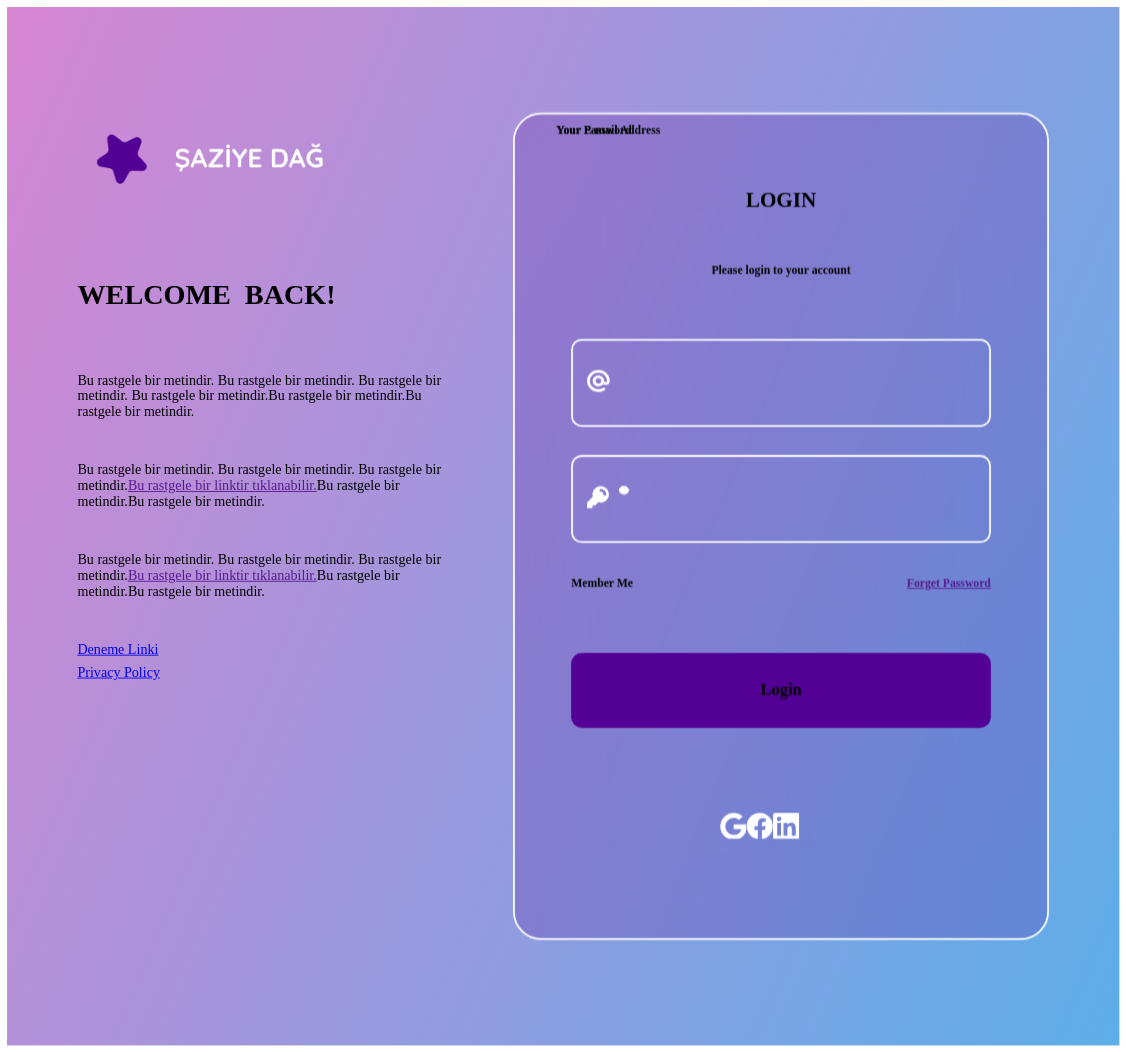
Repository: szydag/login
Page: /
The author's editor kept a copy of each file at every save. The page is drawn from the files as they stood at one save, then again after the next save.
The browser window is 1280 px wide. The pictures show the whole page, at 88% of full size.
The project was rebuilt for these pictures with package versions that can differ from the ones it lists, and the page was loaded fresh each time. Also part of the build but not shown: src/assets/svgr/unhiddenIcon/index.js.

Above is the page before, as saved 2023-10-22 20:06:58.

### src/index.js
import React from 'react';
import ReactDOM from 'react-dom/client';
import App from './app/index';
import {
    BrowserRouter
} from "react-router-dom";

const root = ReactDOM.createRoot(document.getElementById('root'));
root.render(
    <BrowserRouter>
        <App />
    </BrowserRouter>
);

### src/app/index.js
import LoginPage from "./pages/login";
import useStyles from "./style";

const App = () => {
    useStyles();
    return <div>
        <LoginPage />
    </div>

};

export default App;

### src/app/pages/login/index.js
import React, { useEffect } from 'react'
import useStyles from './style';
import logo from './../../../assets/logo.png'
import MailIcon from './../../../assets/svgr/mailIcon/index.js'
import PasswordIcon from './../../../assets/svgr/passwordIcon/index.js'
import HiddenIcon from './../../../assets/svgr/hiddenIcon/index.js'
import UnhiddenIcon from './../../../assets/svgr/unhiddenIcon/index.js'
import GoogleIcon from './../../../assets/svgr/googleIcon/index.js'
import FacebookIcon from './../../../assets/svgr/facebookIcon/index.js'
import LinkedInIcon from './../../../assets/svgr/linkedInIcon/index.js'
const LoginPage = () => {

    const classes = useStyles();
    return <div
        className={classes.loginPage}
    >
        <div
            className={classes.promotionTexts}
        >
            <div
                className={classes.logo}
            >
                <img
                    src={logo}
                    alt=""
                />
            </div>
            <div
                className={classes.mainContent}
            >
                <div
                    className={classes.title}
                >
                    <h1>WELCOME</h1>
                    <h1>BACK!</h1>
                </div>
                <div
                    className={classes.contentText}
                >
                    <p>
                        Bu rastgele bir metindir. Bu rastgele bir metindir. Bu rastgele bir metindir. Bu rastgele bir metindir.Bu rastgele bir metindir.Bu rastgele bir metindir.
                    </p>
                    <p>
                        Bu rastgele bir metindir. Bu rastgele bir metindir. Bu rastgele bir metindir.
                        <a
                            href=""
                        >
                            Bu rastgele bir linktir tıklanabilir.
                        </a>
                        Bu rastgele bir metindir.Bu rastgele bir metindir.
                    </p>
                    <p>
                        Bu rastgele bir metindir. Bu rastgele bir metindir. Bu rastgele bir metindir.
                        <a
                            href=""
                        >
                            Bu rastgele bir linktir tıklanabilir.
                        </a>
                        Bu rastgele bir metindir.Bu rastgele bir metindir.
                    </p>
                </div>
                <div
                    className={classes.links}
                >
                    <a
                        href="

                    ">
                        Deneme Linki
                    </a>
                    <a
                        href="

                    ">
                        Privacy Policy
                    </a>
                </div>

            </div>
        </div>
        <div
            className={classes.loginArea}
        >
            <div
                className={classes.header}
            >
                <h2>LOGIN</h2>
                <h5>Please login to your account</h5>
            </div>
            <div
                className={classes.container}
            >
                <div
                    className={classes.loginMainContent}
                >
                    <div
                        className={classes.inputArea}
                    >
                        <div
                            className={classes.mailInput}
                        >
                            <div
                                className={classes.content}
                            >
                                <MailIcon
                                    color='#ffffff'
                                    size={30}
                                ></MailIcon>

                            </div>
                            <div
                                className={classes.inputTitle}
                            >
                                <h5>Your E-mail  Address</h5>
                            </div>
                        </div>
                        <div
                            className={classes.passwordInput}
                        >
                            <div
                                className={classes.content}
                            >
                                <PasswordIcon
                                    color='#ffffff'
                                    size={30}
                                >
                                </PasswordIcon>
                                <HiddenIcon
                                    color='#ffffff'
                                    size={30}
                                >

                                </HiddenIcon>
                            </div>
                            <div
                                className={classes.inputTitle}
                            >
                                <h5>Your Password</h5>
                            </div>

                        </div>
                    </div>
                    <div
                        className={classes.passwordSettingsArea}
                    >
                        <div
                            className={classes.memberMeArea}
                        >
                            <h5>Member Me</h5>
                        </div>
                        <h5>
                            <a href="">
                                Forget Password
                            </a>
                        </h5>
                    </div>
                </div>
                <div
                    className={classes.loginButton}
                >
                    <h3>Login</h3>
                </div>
            </div>
            <div
                className={classes.accountSettings}
            >
                <div
                    className={classes.accountSettingsTitle}
                >

                </div>
                <div
                    className={classes.socialMediaIcons}
                >
                    <GoogleIcon
                        color='#ffffff'
                        size={30}
                    >
                    </GoogleIcon>
                    <FacebookIcon
                        color='#ffffff'
                        size={30}
                    >
                    </FacebookIcon>
                    <LinkedInIcon
                        color='#ffffff'
                        size={30}
                    >
                    </LinkedInIcon>
                </div>
                <div
                    className={classes.newAccountArea}
                >

                </div>
            </div>
        </div>
    </div>
}

export default LoginPage;

### src/app/style.js
import { createUseStyles } from "react-jss";

const useStyles = createUseStyles({
    loginPage: {
    },
})
export default useStyles;

### src/app/pages/login/style.js

import { createUseStyles } from "react-jss";

const useStyles = createUseStyles({
    loginPage: {
        display: 'flex',
        padding: '120px 80px',
        alignItems: 'flex-start',
        gap: '80px',
        background: 'linear-gradient(113deg, #B9A675 0%, #D685D3 0%, #5CAEE9 100%)',
    },
    promotionTexts: {
        display: 'flex',
        flexDirection: 'column',
        alignItems: 'flex-start',
        gap: '64px',
        flex: '1 0 0',
        alignSelf: 'stretch',
    },
    logo: {
        display: 'flex',
        alignItems: 'center',
        gap: '8px',
    },
    mainContent: {
        display: 'flex',
        flexDirection: 'column',
        justifyContent: ' center',
        alignItems: 'flex-start',
        gap: '32px',
        alignSelf: 'stretch',
    },
    title: {
        display: 'flex',
        alignItems: 'flex-start',
        gap: '16px',
    },
    contentText: {
        display: 'flex',
        flexDirection: 'column',
        alignItems: 'flex - start',
        gap: '16px',
        alignSelf: 'stretch',
    },
    links: {
        display: 'flex',
        flexDirection: 'column',
        alignItems: 'flex-start',
        gap: '8px',
    },
    loginArea: {
        display: 'flex',
        padding: '64px',
        flexDirection: 'column',
        justifyContent: 'center',
        alignItems: 'center',
        gap: '48px',
        alignSelf: 'stretch',
        borderRadius: '32px',
        border: '2px solid #FFF',
        background: 'rgba(83, 0, 148, 0.20)',
        backdropFilter: 'blur(45px)',
    },
    header: {
        display: 'flex',
        flexDirection: 'column',
        alignItems: 'center',
        gap: '16px',
    },
    container: {
        display: 'flex',
        flexDirection: 'column',
        alignItems: 'flex-start',
        gap: '48px',
        alignSelf: 'stretch',
    },
    loginMainContent: {
        display: 'flex',
        flexDirection: 'column',
        justifyContent: 'center',
        alignItems: 'center',
        gap: '16px',
        alignSelf: 'stretch',
    },
    inputArea: {
        display: 'flex',
        flexDirection: 'column',
        alignItems: 'flex-start',
        gap: '32px',
        alignSelf: 'stretch',
    },
    mailInput: {
        display: 'flex',
        height: '64px',
        padding: '16px',
        flexDirection: 'column',
        justifyContent: 'center',
        alignItems: 'flex-start',
        gap: '437px',
        alignSelf: 'stretch',
        borderRadius: '12px',
        border: '2px solid #FFF',
    },
    content: {
        display: 'flex',
        justifyContent: 'center',
        alignItems: 'center',
        gap: '6px',
    },
    inputTitle: {
        display: 'flex',
        padding: '0px 10px',
        alignItems: 'center',
        gap: '10px',
        position: 'absolute',
        left: '37px',
        top: '-12px',
    },
    passwordInput: {
        display: 'flex',
        height: '64px',
        padding: '16px',
        justifyContent: 'space-between',
        alignItems: 'center',
        alignSelf: 'stretch',
        borderRadius: '12px',
        border: '2px solid #FFF',
    },
    passwordSettingsArea: {
        display: 'flex',
        justifyContent: 'space-between',
        alignItems: 'flex-start',
        alignSelf: 'stretch',
    },
    memberMeArea: {
        display: 'flex',
        alignItems: 'center',
        gap: '16px',
    },
    loginButton: {
        display: 'flex',
        padding: '13px 215px',
        justifyContent: 'center',
        alignItems: 'center',
        gap: '10px',
        alignSelf: 'stretch',
        borderRadius: '12px',
        background: '#530094',
    },
    accountSettings: {
        display: 'flex',
        flexDirection: 'column',
        alignItems: 'center',
        gap: '48px',
    },
    accountSettingsTitle: {
        display: 'flex',
        justifyContent: 'center',
        alignItems: 'center',
        gap: '8px',
    },
    socialMediaIcons: {
        width: '140px',
        height: '31.492px',
    },
    newAccountArea: {
        display: 'flex',
        justifyContent: 'center',
        alignItems: 'flex-start',
        gap: '16px',
    },
})
export default useStyles;

### src/assets/svgr/mailIcon/index.js
import * as React from "react"
const MailIcon = ({
    color = "#ffffff",
    size = 30,
    ...props
}) => {
    const pathScale = 30 / size;
    return <svg
        xmlns="http://www.w3.org/2000/svg"
        width={size}
        height={size}
        fill="none"
        {...props}
    >
        <path
            fill={color}
            transform={`scale(${1 / 1})`}
            d="M19.894 6.125c-3.807-3.661-9.98-3.661-13.788 0s-3.808 9.597 0 13.258c3.31 3.183 8.41 3.6 12.187 1.248.753-.47 1.759-.263 2.247.461.488.725.273 1.692-.48 2.161-5.038 3.138-11.837 2.586-16.252-1.66-5.077-4.881-5.077-12.796 0-17.678 5.076-4.881 13.308-4.881 18.384 0C24.73 6.355 26 9.558 26 12.755c0 2.588-2.183 4.687-4.875 4.687a4.982 4.982 0 0 1-2.925-.937c-1.186 1.517-3.074 2.5-5.2 2.5-3.59 0-6.5-2.799-6.5-6.25 0-3.453 2.91-6.25 6.5-6.25s6.5 2.797 6.5 6.25c0 .862.727 1.562 1.625 1.562s1.625-.7 1.625-1.563c0-2.402-.952-4.798-2.856-6.629Zm-3.644 6.63c0-1.727-1.455-3.126-3.25-3.126s-3.25 1.4-3.25 3.125c0 1.726 1.455 3.125 3.25 3.125s3.25-1.399 3.25-3.125Z"
        />
    </svg>
}
export default MailIcon

### src/assets/svgr/passwordIcon/index.js
import * as React from "react"
const PasswordIcon = ({
    color = "#ffffff",
    size = 30,
    ...props
}) => {
    const pathScale = 30 / size;
    return <svg
        xmlns="http://www.w3.org/2000/svg"
        width={size}
        height={size}
        fill="none"
        {...props}
    >
        <path
            fill={color}
            transform={`scale(${1 / 1})`}
            d="M25 9.63a9.375 9.375 0 0 1-12.098 8.972L9.375 22.13H6.25v3.125H0v-6.25l6.652-6.652A9.375 9.375 0 1 1 25 9.63Zm-9.375-6.25a1.563 1.563 0 0 0 0 3.124c1.726 0 3.125 1.4 3.125 3.125a1.563 1.563 0 0 0 3.125 0 6.25 6.25 0 0 0-6.25-6.25Z"
        />
    </svg>
}
export default PasswordIcon

### src/assets/svgr/hiddenIcon/index.js
import * as React from "react"
const HiddenIcon = ({
    color = "#ffffff",
    size = 30,
    ...props
}) => {
    const pathScale = 30 / size;
    return <svg
        xmlns="http://www.w3.org/2000/svg"
        width={size}
        height={size}
        fill="none"
        {...props}
    >
        <path
            fill={color}
            transform={`scale(${1 / 1})`}
            d="M0 5.03C.801 2.115 3.185 0 6 0s5.199 2.115 6 5.03c-.801 2.915-3.185 5.03-6 5.03S.801 7.945 0 5.03Zm8.515 0C8.515 6.617 7.39 7.904 6 7.904c-1.39 0-2.515-1.287-2.515-2.874C3.485 3.443 4.61 2.156 6 2.156c1.39 0 2.515 1.287 2.515 2.874Z"
        />
    </svg>
}
export default HiddenIcon

### src/assets/svgr/googleIcon/index.js
import * as React from "react"
const GoogleIcon = ({
    color = "#ffffff",
    size = 30,
    ...props
}) => {
    const pathScale = 30 / size;
    return <svg
        xmlns="http://www.w3.org/2000/svg"
        width={size}
        height={size}
        fill="none"
        {...props}
    >
        <path
            fill={color}
            transform={`scale(${1 / 1})`}
            d="M30.5 16.357c0 8.698-5.957 14.889-14.754 14.889A15.228 15.228 0 0 1 .5 16 15.228 15.228 0 0 1 15.746.754c4.106 0 7.561 1.506 10.223 3.99l-4.15 3.99C16.392 3.496 6.298 7.43 6.298 16c0 5.318 4.248 9.627 9.449 9.627 6.037 0 8.3-4.328 8.656-6.572h-8.656v-5.243H30.26c.142.78.24 1.53.24 2.545Z"
        />
    </svg>
}
export default GoogleIcon

### src/assets/svgr/facebookIcon/index.js
import * as React from "react"
const FacebookIcon = ({
    color = "#ffffff",
    size = 30,
    ...props
}) => {
    const pathScale = 30 / size;
    return <svg
        xmlns="http://www.w3.org/2000/svg"
        width={size}
        height={size}
        fill="none"
        {...props}
    >
        <path
            fill={color}
            transform={`scale(${1 / 1})`}
            d="M30.5 15.754c0-8.286-6.714-15-15-15s-15 6.714-15 15c0 7.487 5.485 13.692 12.656 14.819V20.09h-3.81v-4.336h3.81V12.45c0-3.759 2.238-5.835 5.666-5.835 1.641 0 3.358.293 3.358.293v3.689h-1.892c-1.863 0-2.444 1.156-2.444 2.343v2.815h4.16l-.666 4.336h-3.494v10.483C25.014 29.446 30.5 23.24 30.5 15.754Z"
        />
    </svg>
}
export default FacebookIcon

### src/assets/svgr/linkedInIcon/index.js
import * as React from "react"
const LinkedInIcon = ({
    color = "#ffffff",
    size = 30,
    ...props
}) => {
    const pathScale = 30 / size;
    return <svg
        xmlns="http://www.w3.org/2000/svg"
        width={size}
        height={size}
        fill="none"
        {...props}
    >
        <path
            fill={color}
            transform={`scale(${1 / 1})`}
            d="M28.357.754H2.637C1.456.754.5 1.725.5 2.917v25.674c0 1.192.958 2.163 2.136 2.163h25.721c1.179 0 2.143-.97 2.143-2.163V2.917c0-1.192-.964-2.163-2.143-2.163ZM9.567 26.468H5.121V12.151h4.453v14.317h-.007ZM7.344 10.196a2.58 2.58 0 0 1 0-5.156 2.584 2.584 0 0 1 2.578 2.578 2.575 2.575 0 0 1-2.578 2.578Zm18.89 16.272h-4.446v-6.964c0-1.66-.034-3.797-2.31-3.797-2.317 0-2.672 1.808-2.672 3.677v7.084h-4.447V12.151h4.266v1.956h.06c.596-1.125 2.05-2.31 4.212-2.31 4.5 0 5.337 2.966 5.337 6.823v7.848Z"
        />
    </svg>
}
export default LinkedInIcon

Loaded but not shown: public/index.html (common file)

After the next save:
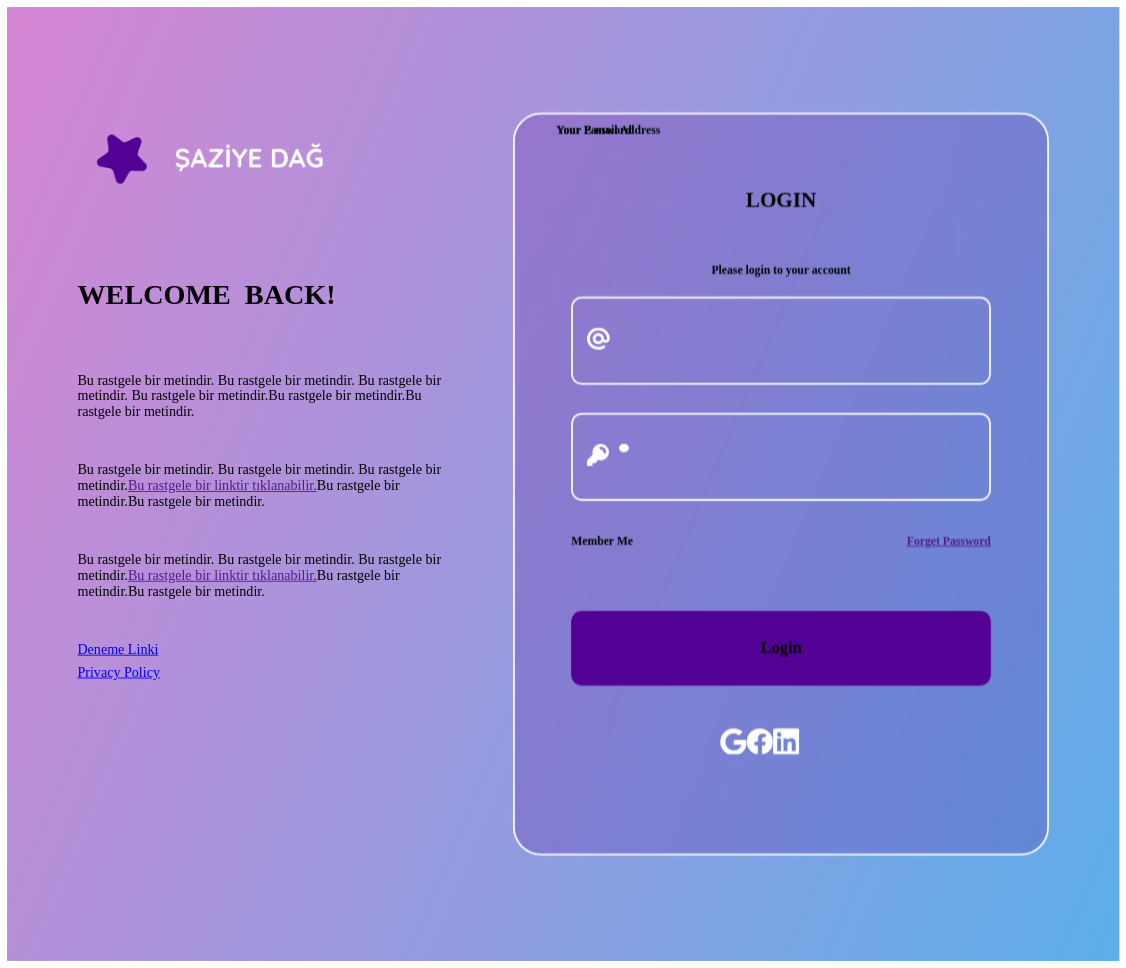
Saved 16 min 30 s later.
--- a/src/app/pages/login/style.js
+++ b/src/app/pages/login/style.js
@@ -54,7 +54,6 @@ const useStyles = createUseStyles({
         flexDirection: 'column',
         justifyContent: 'center',
         alignItems: 'center',
-        gap: '48px',
         alignSelf: 'stretch',
         borderRadius: '32px',
         border: '2px solid #FFF',
